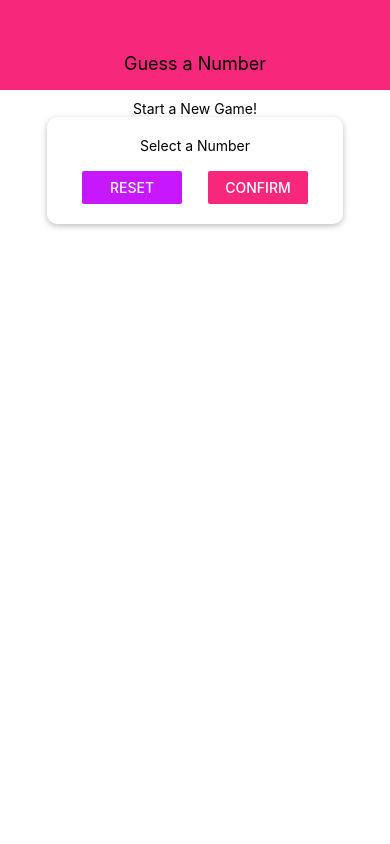
Repository: ChidiChuks/rn-second-project
Screen: / (app in second-project/)
An editor plug-in stored every save of this project. The screen is shown before and after the next save, followed by the edit.
The app was drawn by React Native's web renderer in a window 390 px wide. The project was rebuilt for these pictures with package versions that can differ from the ones it lists, and the page was loaded fresh each time.

Above is the screen before, as saved 2019-10-23 14:02:37.

### second-project/App.js
import React from 'react';
import { StyleSheet, View } from 'react-native';

import Header from './components/Header';
import StartGameScreen from './screens/StartGameScreen';

export default function App() {
  return (
    <View style={styles.screen}>
      <Header title="Guess a Number" />
      <StartGameScreen />
    </View>
  );
}

const styles = StyleSheet.create({
  screen: {
    flex: 1
  }
});

### second-project/components/Header.js
import React from 'react';
import { View, Text, StyleSheet } from 'react-native';

import Colors from '../constants/Colors';

const Header = props => {
  return (
    <View style={styles.header}>
      <Text style={styles.headerTitle}>{props.title}</Text>
    </View>
  );
};

const styles = StyleSheet.create({
  header: {
    width: '100%',
    height: 90,
    paddingTop: 36,
    backgroundColor: Colors.primary,
    alignItems: 'center',
    justifyContent: 'center'
  },
  headerTitle: {
    color: 'black',
    fontSize: 18,

  }
});

export default Header;

### second-project/screens/StartGameScreen.js
import React from 'react';
import { View, Text, StyleSheet, TextInput, Button } from 'react-native';

import Card from '../components/Card';
import Colors from '../constants/Colors';
import Input from '../components/Input';

const StartGameScreen = props => {
  return (
    <View style={styles.screen}>
      <Text style={StyleSheet.title}>Start a New Game!</Text>
      <Card style={styles.inputContainer}>
        <Text>Select a Number</Text>
        <TextInput />
        <View style={styles.buttonContainer}>
          <View style={styles.button}>
            <Button title="Reset" onPress={() => {}} color={Colors.accent} />
          </View>
          <View style={styles.button}>
            <Button title="Confirm" onPress={() => {}} color={Colors.primary} />
          </View>
        </View>
      </Card>
    </View>
  );
};

const styles = StyleSheet.create({
  screen: {
    flex: 1,
    padding: 10,
    alignItems: 'center'
  },
  title: {
    fontSize: 20,
    marginVertical: 10
  },
  inputContainer: {
    width: 300,
    maxWidth: '80%',
    alignItems: 'center'
  },
  buttonContainer: {
    flexDirection: 'row',
    width: '100%',
    justifyContent: 'space-between',
    paddingHorizontal: 15
  },
  button: {
    width: 100,
  }
});

export default StartGameScreen;

### second-project/constants/Colors.js
export default {
  primary: '#f7287b',
  accent: '#c717fc'
};

### second-project/components/Card.js
import React from 'react';
import { View, Text, StyleSheet } from 'react-native';

const Card = props => {
  return (
    <View style={{...styles.card, ...props.style}}>
      {props.children}
    </View>
  );
};

const styles = StyleSheet.create({
  card: {
    shadowColor: 'black',
    shadowOffset: { width: 0, height: 2 },
    shadowRadius: 6,
    shadowOpacity: 0.26,
    elevation: 7,
    backgroundColor: 'white',
    padding: 20,
    borderRadius: 10
  }
});

export default Card;

### second-project/components/Input.js
import React from 'react';
import { TextInput, StyleSheet } from 'react-native';

const Input = props => {
  return (
    <TextInput style={{ ...styles.input, ...props.style }} />
  );
};

const styles = StyleSheet.create({
  input: {
    height: 30,
    borderBottomColor: 'grey',
    borderBottomWidth: 1,
    marginVertical: 10,
  }
});

export default Input;

After the next save:
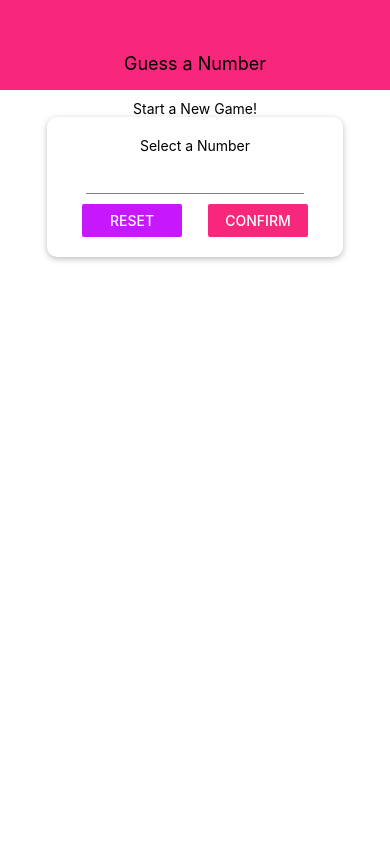
Saved 2 min 18 s later.
--- a/second-project/screens/StartGameScreen.js
+++ b/second-project/screens/StartGameScreen.js
@@ -11,7 +11,7 @@ const StartGameScreen = props => {
       <Text style={StyleSheet.title}>Start a New Game!</Text>
       <Card style={styles.inputContainer}>
         <Text>Select a Number</Text>
-        <TextInput />
+        <Input />
         <View style={styles.buttonContainer}>
           <View style={styles.button}>
             <Button title="Reset" onPress={() => {}} color={Colors.accent} />
